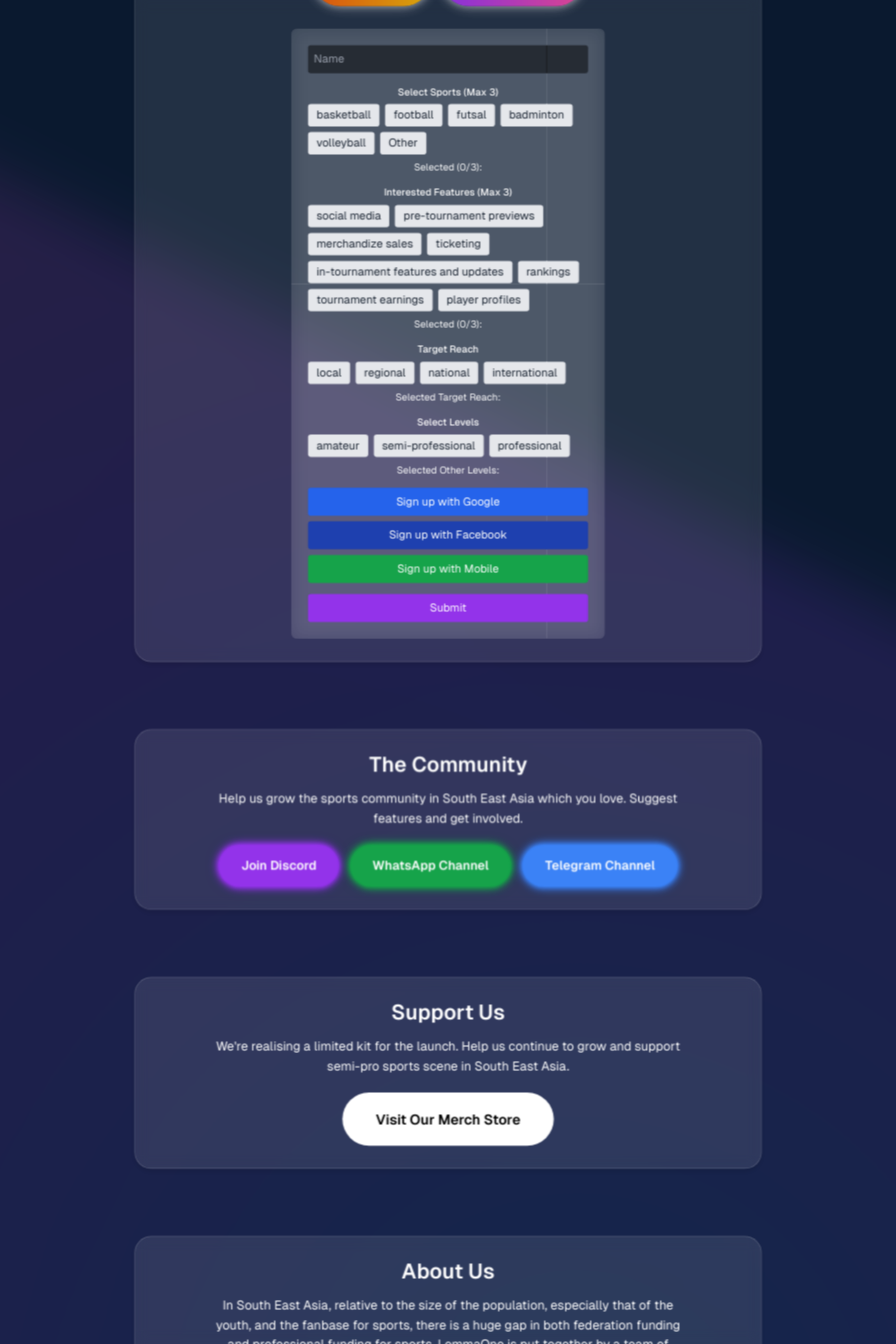
Repository: yao-creative/lemma-one-launch
Page: /, after clicking the first element matching `button.px-12`
The author's editor kept a copy of each file at every save. The page is drawn from the files as they stood at one save, then again after the next save.
The browser window is 1280 px wide. The pictures show the part of the page from y = 874 to 2794 px (the page is 3900 px tall before and 4071 px after), at 70% of full size.
The project was rebuilt for these pictures with package versions that can differ from the ones it lists, and the page was loaded fresh each time. The framework's server and built-in components were replaced by stand-ins that run in the browser. Also part of the build but not shown: next.config.js, next.config.mjs.

Above is the page before, as saved 2024-09-28 15:09:12.

### app/layout.tsx
import type { Metadata } from "next";
import localFont from "next/font/local";
import "./globals.css";

const geistSans = localFont({
  src: "./fonts/GeistVF.woff",
  variable: "--font-geist-sans",
  weight: "100 900",
});

const geistMono = localFont({
  src: "./fonts/GeistMonoVF.woff",
  variable: "--font-geist-mono",
  weight: "100 900",
});

const nikeFont = localFont({
  src: "./fonts/Futura-Condensed-Extra-Bold.otf",
  variable: "--font-nike",
});

export const metadata: Metadata = {
  title: "LemmaOne",
  description: "A space for semi-pro athletes. Growing the sport we love.",
};

export default function RootLayout({
  children,
}: Readonly<{
  children: React.ReactNode;
}>) {
  return (
    <html lang="en">
      <body
        className={`${geistSans.variable} ${geistMono.variable} ${nikeFont.variable} antialiased`}
      >
        {children}
      </body>
    </html>
  );
}

### app/lib/auth.ts
import { auth, db } from './firebase';
import { signInWithPopup, GoogleAuthProvider, FacebookAuthProvider, PhoneAuthProvider, signInWithPhoneNumber, ApplicationVerifier } from 'firebase/auth';
import { doc, setDoc } from 'firebase/firestore';

export async function signUpWithGoogle(formData: any) {
  const provider = new GoogleAuthProvider();
  try {
    const result = await signInWithPopup(auth, provider);
    await setDoc(doc(db, 'users', result.user.uid), {
      ...formData,
      email: result.user.email,
      authProvider: 'google',
    });
    return result.user;
  } catch (error) {
    console.error('Error signing up with Google:', error);
    throw error;
  }
}

export async function signUpWithFacebook(formData: any) {
  const provider = new FacebookAuthProvider();
  try {
    const result = await signInWithPopup(auth, provider);
    await setDoc(doc(db, 'users', result.user.uid), {
      ...formData,
      email: result.user.email,
      authProvider: 'facebook',
    });
    return result.user;
  } catch (error) {
    console.error('Error signing up with Facebook:', error);
    throw error;
  }
}

export async function signUpWithPhone(phoneNumber: string, appVerifier: ApplicationVerifier, formData: any) {
  try {
    const confirmationResult = await signInWithPhoneNumber(auth, phoneNumber, appVerifier);
    // You'll need to implement a way to get the verification code from the user
    // For this example, we'll assume you have a way to get the code
    const verificationCode = await getVerificationCodeFromUser();
    const result = await confirmationResult.confirm(verificationCode);
    await setDoc(doc(db, 'users', result.user.uid), {
      ...formData,
      phoneNumber: result.user.phoneNumber,
      authProvider: 'phone',
    });
    return result.user;
  } catch (error) {
    console.error('Error signing up with phone:', error);
    throw error;
  }
}

// This function is a placeholder. You'll need to implement this based on your UI.
async function getVerificationCodeFromUser(): Promise<string> {
  // Implement your logic to get the verification code from the user
  return '123456'; // This is just a placeholder
}

### app/components/WaitListForm.tsx
import React, { useState } from 'react';

interface WaitListFormProps {
  formData: {
    name: string;
    sports: string[];
    otherSports: string[];
    interestLevel: string;
    features: string;
    interestedFeatures: string[];
  };
  setFormData: React.Dispatch<React.SetStateAction<{
    name: string;
    sports: string[];
    otherSports: string[];
    interestLevel: string;
    features: string;
    interestedFeatures: string[];
  }>>;
  handleInputChange: (e: React.ChangeEvent<HTMLInputElement | HTMLSelectElement | HTMLTextAreaElement>) => void;
  handleSubmit: (e: React.FormEvent<HTMLFormElement>) => void;
  handleSignUp: (method: 'google' | 'facebook' | 'phone') => Promise<void>;
  showPlayerForm: boolean;
}

const WaitListForm: React.FC<WaitListFormProps> = ({
  formData,
  setFormData,
  handleInputChange,
  handleSubmit,
  handleSignUp,
  showPlayerForm
}) => {
  const [showOtherSports, setShowOtherSports] = useState(false);
  const [otherSportInput, setOtherSportInput] = useState('');
  const [tournamentLevels, setTournamentLevels] = useState<string[]>([]);
  const [regionalLevels, setRegionalLevels] = useState<string[]>([]);
  const [otherLevels, setOtherLevels] = useState<string[]>([]);

  const toggleSport = (sport: string) => {
    setFormData(prevData => {
      if (prevData.sports.includes(sport)) {
        return { ...prevData, sports: prevData.sports.filter(s => s !== sport) };
      } else if (prevData.sports.length < 3) {
        return { ...prevData, sports: [...prevData.sports, sport] };
      }
      return prevData;
    });
  };

  const toggleFeature = (feature: string) => {
    setFormData(prevData => {
      if (prevData.interestedFeatures.includes(feature)) {
        return { ...prevData, interestedFeatures: prevData.interestedFeatures.filter(f => f !== feature) };
      } else if (prevData.interestedFeatures.length < 3) {
        return { ...prevData, interestedFeatures: [...prevData.interestedFeatures, feature] };
      }
      return prevData;
    });
  };

  const toggleTournamentLevel = (level: string) => {
    setTournamentLevels(prevLevels => {
      // Ensure at least one of amateur, semi-professional, or professional is selected
      const isAmateur = level === 'amateur';
      const isSemiProfessional = level === 'semi-professional';
      const isProfessional = level === 'professional';

      if (isAmateur || isSemiProfessional || isProfessional) {
        const hasRegional = prevLevels.includes('regional');
        if (!hasRegional) {
          return [...prevLevels, 'regional', level]; // Add regional and the selected level
        }
        return prevLevels.includes(level)
          ? prevLevels.filter(l => l !== level) // Remove if already selected
          : [...prevLevels, level]; // Add the selected level
      }

      return prevLevels; // Return unchanged if not a valid level
    });
  };

  const toggleRegionalLevel = (level: string) => {
    setRegionalLevels(prevLevels =>
      prevLevels.includes(level)
        ? prevLevels.filter(l => l !== level)
        : [...prevLevels, level]
    );
  };

  const toggleOtherLevel = (level: string) => {
    setOtherLevels(prevLevels =>
      prevLevels.includes(level)
        ? prevLevels.filter(l => l !== level)
        : [...prevLevels, level]
    );
  };

  const handleOtherSportKeyDown = (e: React.KeyboardEvent<HTMLInputElement>) => {
    if (e.key === 'Enter' && otherSportInput.trim() !== '' && formData.sports.length < 3) {
      e.preventDefault();
      setFormData(prevData => {
        const newSports = [...prevData.sports, otherSportInput.trim()].slice(0, 3);
        return { ...prevData, sports: newSports };
      });
      setOtherSportInput('');
    }
  };

  return (
    <div className="mt-8 w-full max-w-md">
      <form onSubmit={handleSubmit} className="bg-white/10 backdrop-blur-md p-6 rounded-lg">
        <input
          type="text"
          name="name"
          value={formData.name}
          onChange={handleInputChange}
          placeholder={showPlayerForm ? "Name" : "Organization Name"}
          className="w-full p-2 mb-4 bg-black/50 text-white rounded"
          required
        />
        <div className="mb-4">
          <label className="block text-sm font-medium mb-2">Select Sports (Max 3)</label>
          <div className="flex flex-wrap gap-2 mb-2">
            {['basketball', 'football', 'futsal', 'badminton', 'volleyball'].map((sport) => (
              <button
                key={sport}
                type="button"
                onClick={() => toggleSport(sport)}
                className={`px-3 py-1 rounded ${
                  formData.sports.includes(sport)
                    ? 'bg-purple-600 text-white'
                    : 'bg-gray-200 text-gray-800'
                }`}
              >
                {sport}
              </button>
            ))}
            {formData.sports.length < 3 && (
              <button
                type="button"
                onClick={() => setShowOtherSports(!showOtherSports)}
                className={`px-3 py-1 rounded ${
                  showOtherSports ? 'bg-purple-600 text-white' : 'bg-gray-200 text-gray-800'
                }`}
              >
                Other
              </button>
            )}
          </div>
          {showOtherSports && (
            <input
              type="text"
              value={otherSportInput}
              onChange={(e) => setOtherSportInput(e.target.value)}
              onKeyDown={handleOtherSportKeyDown}
              placeholder="Enter other sport and press Enter to add"
              className="w-full p-2 mb-2 bg-black/50 text-white rounded"
            />
          )}
          <p className="text-sm mt-2">Selected ({formData.sports.length}/3): {formData.sports.join(', ')}</p>
        </div>
        <div className="mb-4">
          <label className="block text-sm font-medium mb-2">Interested Features (Max 3)</label>
          <div className="flex flex-wrap gap-2">
            {(showPlayerForm ? [
              'social media', 'pre-tournament previews', 'merchandize sales', 'ticketing',
              'in-tournament features and updates', 'rankings', 'tournament earnings', 'player profiles'
            ] : [
              'tournament hosting', 'ticketing', 'tournament monetization', 'merchandize sales',
              'in-tournament features and updates', 'social media', 'pre-tournament previews'
            ]).map((feature) => (
              <button
                key={feature}
                type="button"
                onClick={() => toggleFeature(feature)}
                className={`px-3 py-1 rounded ${
                  formData.interestedFeatures.includes(feature)
                    ? 'bg-purple-600 text-white'
                    : 'bg-gray-200 text-gray-800'
                }`}
              >
                {feature}
              </button>
            ))}
          </div>
          <p className="text-sm mt-2">Selected ({formData.interestedFeatures.length}/3): {formData.interestedFeatures.join(', ')}</p>
        </div>
        <div className="mb-4">
          <label className="block text-sm font-medium mb-2">Target Reach</label>
          <div className="flex flex-wrap gap-2 mb-2">
            {['local', 'regional', 'national', 'international'].map((level) => (
              <button
                key={level}
                type="button"
                onClick={() => toggleRegionalLevel(level)}
                className={`px-3 py-1 rounded ${
                  regionalLevels.includes(level)
                    ? 'bg-purple-600 text-white'
                    : 'bg-gray-200 text-gray-800'
                }`}
              >
                {level}
              </button>
            ))}
          </div>
          <p className="text-sm mt-2">Selected Target Reach: {regionalLevels.join(', ')}</p>
        </div>

        <div className="mb-4">
          <label className="block text-sm font-medium mb-2">Select Levels</label>
          <div className="flex flex-wrap gap-2 mb-2">
            {['amateur', 'semi-professional', 'professional'].map((level) => (
              <button
                key={level}
                type="button"
                onClick={() => toggleOtherLevel(level)}
                className={`px-3 py-1 rounded ${
                  otherLevels.includes(level)
                    ? 'bg-purple-600 text-white'
                    : 'bg-gray-200 text-gray-800'
                }`}
              >
                {level}
              </button>
            ))}
          </div>
          <p className="text-sm mt-2">Selected Other Levels: {otherLevels.join(', ')}</p>
        </div>
        <div className="flex flex-col space-y-2">
          <button type="button" onClick={() => handleSignUp('google')} className="bg-blue-600 text-white p-2 rounded">
            Sign up with Google
          </button>
          <button type="button" onClick={() => handleSignUp('facebook')} className="bg-blue-800 text-white p-2 rounded">
            Sign up with Facebook
          </button>
          <button type="button" onClick={() => handleSignUp('phone')} className="bg-green-600 text-white p-2 rounded">
            Sign up with Mobile
          </button>
        </div>
        <button type="submit" className="w-full mt-4 bg-purple-600 text-white p-2 rounded">
          Submit
        </button>
      </form>
    </div>
  );
};

export default WaitListForm;

### app/components/FAQSection.tsx
import React, { useState } from 'react';

interface FAQ {
  question: string;
  answer: string | JSX.Element;
}

interface FAQSectionProps {
  faqs: FAQ[];
}

const FAQSection: React.FC<FAQSectionProps> = ({ faqs }) => {
  const [openFAQ, setOpenFAQ] = useState<number | null>(null);

  const toggleFAQ = (index: number) => {
    setOpenFAQ(openFAQ === index ? null : index);
  };

  return (
    <section className="text-center flex flex-col items-center justify-center w-full max-w-4xl section-glass rounded-3xl p-8 my-16">
      <h3 className="text-2xl md:text-3xl font-semibold font-nike mb-8">Frequently Asked Questions</h3>
      <div className="w-full max-w-2xl">
        {faqs.map((faq, index) => (
          <div key={index} className="mb-4">
            <button
              className="flex justify-between items-center w-full text-left px-4 py-2 bg-gray-800 hover:bg-gray-700 transition-colors duration-300 rounded-lg"
              onClick={() => toggleFAQ(index)}
            >
              <span className="text-lg font-semibold">{faq.question}</span>
              <span className="text-2xl">{openFAQ === index ? '−' : '+'}</span>
            </button>
            {openFAQ === index && (
              <div className="mt-2 px-4 py-2 bg-gray-900 rounded-lg">
                <p className="text-base">{faq.answer}</p>
              </div>
            )}
          </div>
        ))}
      </div>
    </section>
  );
};

export default FAQSection;

### app/components/AboutSection.tsx
import React from 'react';
import Image from 'next/image';

const AboutSection: React.FC = () => {
  return (
    <section className="text-center flex flex-col items-center justify-center w-full max-w-4xl section-glass rounded-3xl p-8 my-16">
      <h3 className="text-2xl md:text-3xl font-semibold font-nike mb-4">About Us</h3>
      <p className="text-base md:text-lg max-w-2xl mb-8">
        In South East Asia, relative to the size of the population, especially that of the youth, and the fanbase for sports, there is a huge gap in both federation funding and professional funding for sports. LemmaOne is put together by a team of passionate athletes who want to build a community and a possibility for the next generation to realize their dreams in competitive sports.
      </p>
      <div className="flex flex-col items-center w-full">
        <h3 className="text-xl font-semibold mb-4 text-center">Yao</h3>
        <div className="flex flex-col md:flex-row items-center md:items-start gap-4">
          <div className="relative w-28 h-28 flex-shrink-0 mb-4 md:mb-0">
            <Image
              src="/about/profile.jpg"
              alt="Yao"
              layout="fill"
              objectFit="cover"
              className="rounded-full"
            />
          </div>
          <p className="text-sm opacity-70 text-center md:text-left md:pr-4 max-w-prose">
            Hi my name is Yao. I've been playing volleyball competitively since I was 14. I've competed in the largest national tournament when I was 17. After that, the notion of going pro for sports was almost non-existent in my country. I took a gamble and went abroad for a gap year. I ended up majoring in mathematics and computer science in university and, five years later, I'm back in this corner of the world to build things.
          </p>
        </div>
        <div className="flex flex-row items-center justify-center mt-4">
          <a href="https://www.linkedin.com/in/yi-yao-tan-9719301a3/" className="flex items-center mx-2">
            <Image src="/icons/linkedin.svg" alt="LinkedIn" width={24} height={24} className="hover:opacity-80" />
          </a>
          <a href="mailto:yytanwork@gmail.com" className="flex items-center mx-2">
            <Image src="/icons/email.svg" alt="Email" width={24} height={24} className="hover:opacity-80" />
          </a>
        </div>
      </div>
    </section>
  );
};

export default AboutSection;

### app/lib/firebase.ts
import { initializeApp, getApps } from 'firebase/app';
import { getAuth } from 'firebase/auth';
import { getFirestore } from 'firebase/firestore';

const firebaseConfig = {
  apiKey: process.env.NEXT_PUBLIC_FIREBASE_API_KEY,
  authDomain: process.env.NEXT_PUBLIC_FIREBASE_AUTH_DOMAIN,
  projectId: process.env.NEXT_PUBLIC_FIREBASE_PROJECT_ID,
  storageBucket: process.env.NEXT_PUBLIC_FIREBASE_STORAGE_BUCKET,
  messagingSenderId: process.env.NEXT_PUBLIC_FIREBASE_MESSAGING_SENDER_ID,
  appId: process.env.NEXT_PUBLIC_FIREBASE_APP_ID,
  measurementId: process.env.NEXT_PUBLIC_FIREBASE_MEASUREMENT_ID,
};

// Initialize Firebase
let firebase_app = getApps().length === 0 ? initializeApp(firebaseConfig) : getApps()[0];

// Initialize Firebase services
const auth = getAuth(firebase_app);
const db = getFirestore(firebase_app);

export { firebase_app, auth, db };

### tailwind.config.ts
import type { Config } from "tailwindcss";

const config: Config = {
  content: [
    "./pages/**/*.{js,ts,jsx,tsx,mdx}",
    "./components/**/*.{js,ts,jsx,tsx,mdx}",
    "./app/**/*.{js,ts,jsx,tsx,mdx}",
  ],
  theme: {
    extend: {
      colors: {
        background: "var(--background)",
        foreground: "var(--foreground)",
        darkBlue: "var(--dark-blue)",
      },
    },
  },
  plugins: [],
};

export default config;

Loaded but not shown: app/page.tsx (265 lines, source omitted); app/globals.css (224 lines, source omitted)

After the next save:
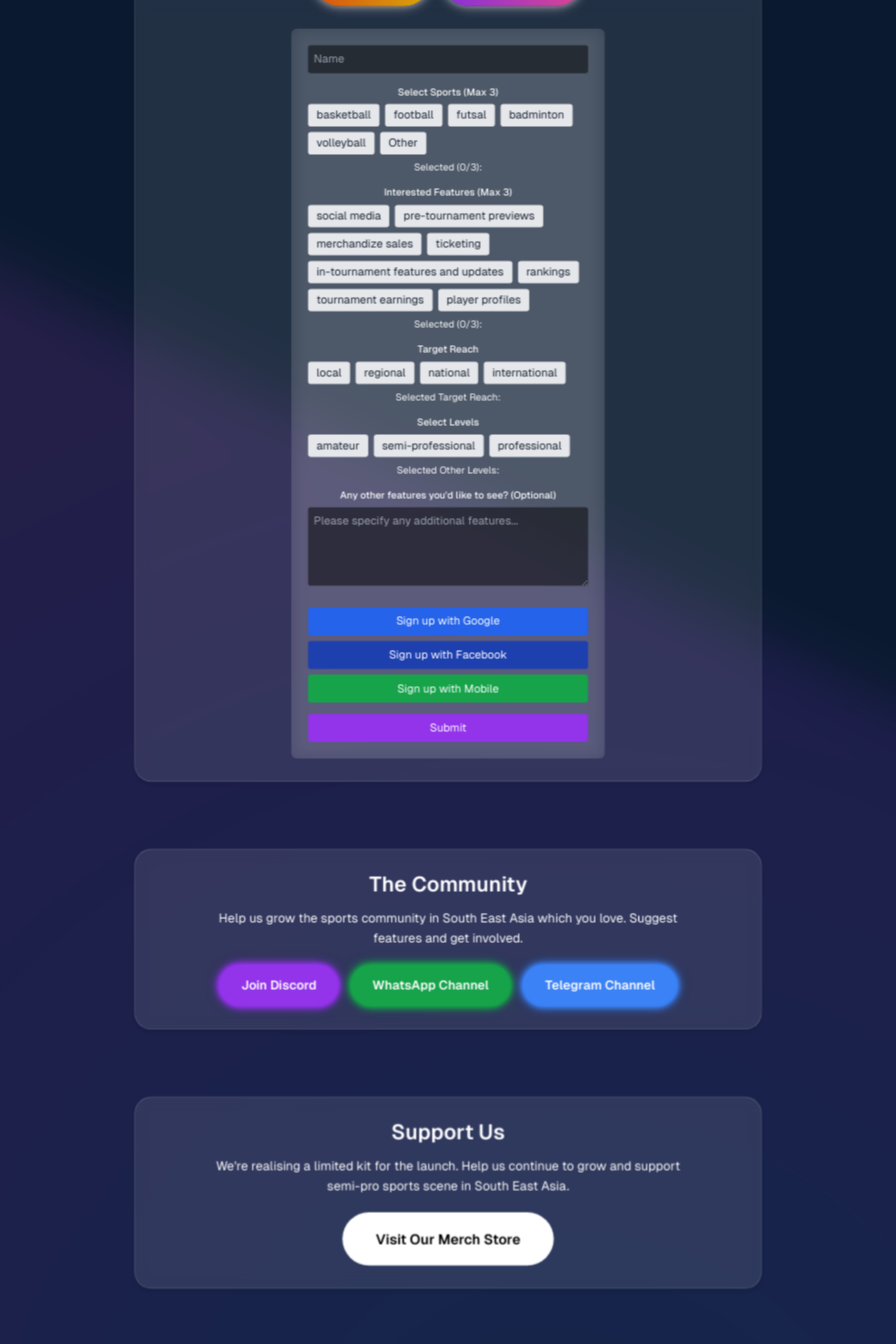
Saved 74 s later.
--- a/app/components/WaitListForm.tsx
+++ b/app/components/WaitListForm.tsx
@@ -36,6 +36,7 @@
   const [tournamentLevels, setTournamentLevels] = useState<string[]>([]);
   const [regionalLevels, setRegionalLevels] = useState<string[]>([]);
   const [otherLevels, setOtherLevels] = useState<string[]>([]);
+  const [additionalFeatures, setAdditionalFeatures] = useState('');
 
   const toggleSport = (sport: string) => {
     setFormData(prevData => {
@@ -227,6 +228,16 @@
           </div>
           <p className="text-sm mt-2">Selected Other Levels: {otherLevels.join(', ')}</p>
         </div>
+        <div className="mb-4">
+          <label className="block text-sm font-medium mb-2">Any other features you'd like to see? (Optional)</label>
+          <textarea
+            value={additionalFeatures}
+            onChange={(e) => setAdditionalFeatures(e.target.value)}
+            placeholder="Please specify any additional features..."
+            className="w-full p-2 mb-2 bg-black/50 text-white rounded"
+            rows={4}
+          />
+        </div>
         <div className="flex flex-col space-y-2">
           <button type="button" onClick={() => handleSignUp('google')} className="bg-blue-600 text-white p-2 rounded">
             Sign up with Google
